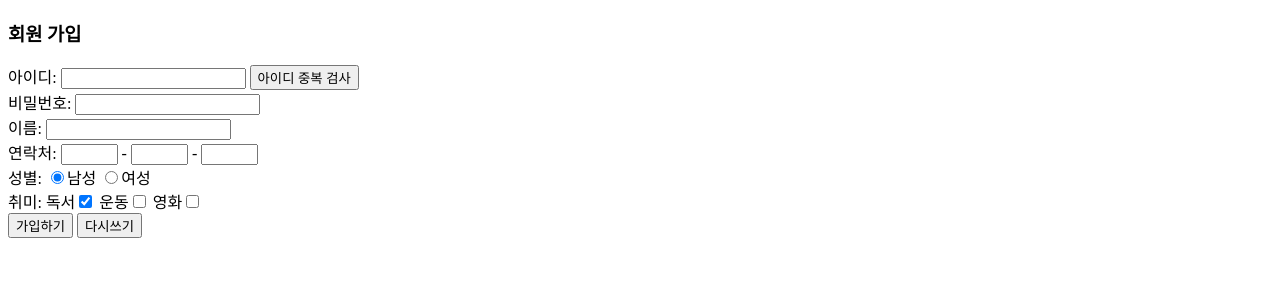
Repository: SJM7301/KH-JSP
Page: http://localhost/JSPBook/ch06/form01.jsp
An editor plug-in stored every save of this project. The page is shown before and after the next save, followed by the edit.
The browser window is 1280 px wide. The pictures show the whole page.
The page is served by Tomcat 10. Other server files are loaded and not shown.

Above is the page before, as saved 2025-02-05 00:47:26.

### JSPBook/src/main/webapp/ch06/form01.jsp
<%@ page language="java" contentType="text/html; charset=UTF-8"
    pageEncoding="UTF-8"%>
<!DOCTYPE html>
<html>
<head>
<meta charset="UTF-8">
<title>Insert title here</title>
</head>
<body>
	<h3>회원 가입</h3>
	<form action="#" name="member" method="post">
		<p>
			아이디: <input type="text" name="id"> <input type="button" value="아이디 중복 검사"> <br>
			비밀번호: <input type="password" name="passwd"> <br>
			이름: <input type="text" name="name"> <br>
			연락처: <input type="text" maxlength="4" size="4" name="phone1">
				- <input type="text" maxlength="4" size="4" name="phone2">
				- <input type="text" maxlength="4" size="4" name="phone3"> <br>
			성별: <input type="radio" name="sex" value="남성" checked>남성
				<input type="radio" name="sex" value="여성">여성<br>
			취미: 독서<input type="checkbox" name="hobby1" checked>
				운동<input type="checkbox" name="hobby2">
				영화<input type="checkbox" name="hobby3"><br>
			<input type="submit" value="가입하기">
			<input type="reset" value="다시쓰기">
		</p>
	</form>
</body>
</html>

After the next save:
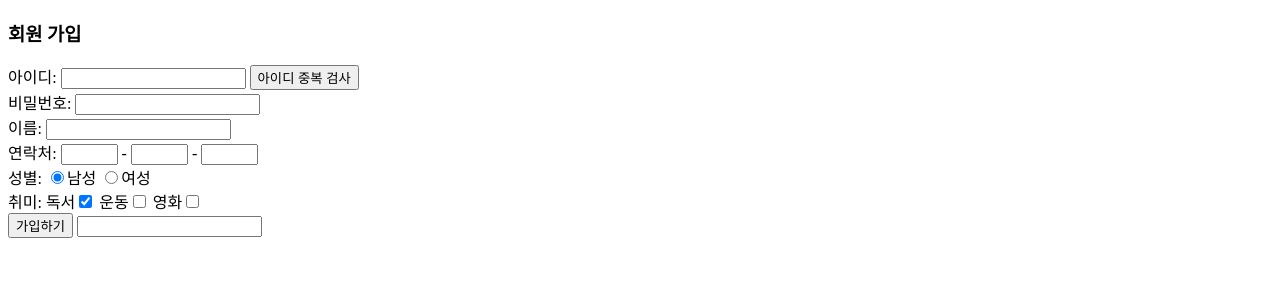
Saved 4 s later.
--- a/JSPBook/src/main/webapp/ch06/form01.jsp
+++ b/JSPBook/src/main/webapp/ch06/form01.jsp
@@ -22,7 +22,7 @@
 				운동<input type="checkbox" name="hobby2">
 				영화<input type="checkbox" name="hobby3"><br>
 			<input type="submit" value="가입하기">
-			<input type="reset" value="다시쓰기">
+			<input type="text">
 		</p>
 	</form>
 </body>
